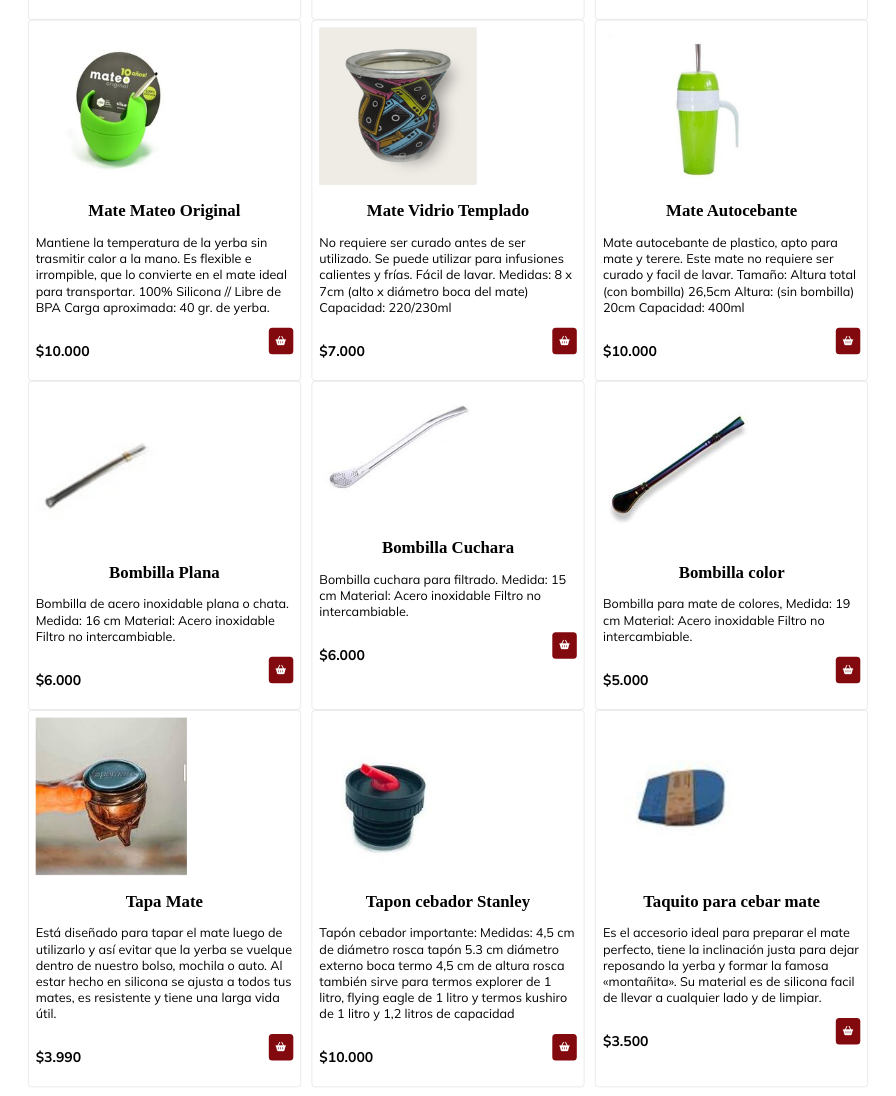
Repository: PiaTrujillo/LICANDEO-main
Page: index.html
An editor plug-in stored every save of this project. The page is shown before and after the next save, followed by the edit.
The browser window is 1280 px wide. The pictures show the part of the page from y = 2153 to 4073 px (the page is 3719 px tall before and 4073 px after), at 70% of full size.
A picture or video elsewhere on the page could not be fetched, so the positions and the page height are approximate. Some web fonts or font styles are not loaded; a fallback is used. Some web libraries are served in a nearby version.

Above is the page before, as saved 2023-05-12 18:56:31.

### index.html
<!DOCTYPE html>
<html lang="es">
  <head>
    <meta charset="utf-8" />
    <meta name="viewport" content="width=device-width, initial-scale=1.0" />
    <meta http-equiv="X-UA-Compatible" content="ie=edge" />
    <title>Tienda Licandeo</title>
    <script
      src="https://kit.fontawesome.com/283335a286.js"
      crossorigin="anonymous"
    ></script>
    <!--esta informacion es para el estilo de las letras estan en google font -->
    <link rel="preconnect" href="https://fonts.googleapis.com" />
    <link rel="preconnect" href="https://fonts.gstatic.com" crossorigin />
    <link
      href="https://fonts.googleapis.com/css2?family=Arima+Madurai:wght@700&family=Mulish:wght@400;700&display=swap"
      rel="stylesheet"
    />
    <link rel="stylesheet" href="css/normalize.css" />
    <link rel="stylesheet" href="css/estilos.css" />
  </head>

  <body>
    <!--Lo siguiente es el menu superior donde se establece el Logo y la navegacion-->
    <header class="encabezado">
      <div class="contenedor-navegacion">
        <!-- El Contenido-Navegacion es el padre de Logo y el menu de navegacion -->
        <div class="contenido-navegacion contenedor">
          <div class="logo">
            <!--colores a Licandeo-->
            <h2>
              Tienda <span class="">Li</span><span>can</span
              ><span class="">deo</span>
            </h2>
          </div>
          <nav class="navegacion ocultar">
            <a href="#">Inicio</a>
            <a href="#">Sobre Nosotros</a>
            <a href="#">Tienda</a>
            <a href="#">Ofertas</a>
            <a href="#">Tips Materos</a>
          </nav>
          <!--Se crea el menu desplegable-->
          <div class="hamburguesa"><span></span><span></span><span></span></div>
        </div>
      </div>
      <div class="contenido-header">
        <div class="contenedor-encabezado">
          <div class="texto-encabezado">
            <h2>Tienda Licandeo</h2>
            <a href="#" class="btn bordes">Un Mate</a>
          </div>
          <video autoplay loop muted>
            <source src="/videos/1portada.mp4" />
          </video>
        </div>
      </div>
    </header>

    <!--Diseño de la seccion web-->
    <div class="contenedor-nosotros contenedor">
      <div class="texto-nosotros">
        <p class="bienvenida">Bienvenidos Cebadores!</p>
        <h1>Quienes Somos</h1>
        <p>
          Bienvenido a Tienda Licandeo, un espacio dedicado a fortalecer la
          cultura matera en nuestro país. Nos apasiona la Yerba Mate y todo lo
          que representa, por lo que nos propusimos investigar sobre esta
          cultura en Chile. <br />
          Nos dimos cuenta de que muchas personas en nuestro país consumen la
          infusión en su día a día, especialmente en la región del sur. Además,
          muchos jóvenes están adoptando esta cultura que se ha transmitido de
          generación en generación. <br />
          Decidimos crear Tienda Licandeo para compartir nuestra experiencia y
          conocimiento sobre la cultura matera a través de las redes sociales.
          <br />
          Queremos difundir la cultura, sus beneficios y valores, y fomentar la
          producción local de Yerba Mate de alta calidad. <br />
          Únete a nosotros en nuestro viaje por la cultura matera y descubre la
          experiencia única y satisfactoria de disfrutar de la Yerba Mate.
          <br />
          ¡Te esperamos en Tienda Licandeo!
        </p>
        <a href="#" class="btn btn-rojo">Contactar</a>
      </div>
      <!-- Imagenes  -->
      <div class="imagenes-nosotros">
        <div class="imagen1">
          <img data-src="/imag/imagen1.JPG" alt="Mate frutillar" />
          <img data-src="/imag/imagen7.JPG" alt="Mate concepcion" />
        </div>
        <div class="imagenes2">
          <img data-src="/imag/imagen2.JPG" alt="Mate salto del petrohue" />
          <img data-src="/imag/imagen3.JPG" alt="Mate concepcion" />
        </div>
      </div>
    </div>

    <!-- Menu para los productos -->
    <section class="menu contenedor">
      <!-- Titulo -->
      <h2 class="texto-productos">Productos</h2>
      <!-- Botones de producto -->
      <div class="botones-productos">
        <button class="todos btn btn-verde">Todos</button>
        <button class="yerbamate btn btn-verde">Yerba Mate</button>
        <button class="mates btn btn-verde">Mates</button>
        <button class="bombilla btn btn-verde">Bombillas</button>
        <button class="accesorios btn btn-verde">Accesorios</button>
        <button class="sale btn btn-verde">Sale</button>
      </div>
      <!-- los productos a publicar -->
      <div class="productos">
        <!-- Yerba Mate  -->
        <div class="producto" data-producto="yerbamate">
          <!-- imagen -->
          <img data-src="/imag/Amanda500gr.jpg" alt="Amanda500gr" />
          <!-- nombre de producto -->
          <h2>Amanda 500gr</h2>
          <!-- reseña de producto -->
          <p>
            Yerba Mate Amanda tradicional de 500 gr. Con palo de estacionamiento
            natural de 12 meses, Provincia Misiones, Argentina.
          </p>
          <!-- precio y carrito -->
          <div class="precio">
            <p>$3.990</p>
            <button><i class="fas fa-shopping-basket"></i></button>
          </div>
        </div>
        <div class="producto" data-producto="yerbamate">
          <!-- imagen -->
          <img data-src="/imag/Playadito500gr.jpg" alt="Playadito500gr" />
          <!-- nombre de producto -->
          <h2>Playadito 500gr</h2>
          <!-- reseña de producto -->
          <p>
            Yerba Mate Playadito de 500 gr Con palo de estacionamiento
            controlado, Colonia Liebig, Provincia de misiones, Argentina.
          </p>
          <!-- precio y carrito -->
          <div class="precio">
            <p>$3.990</p>
            <button><i class="fas fa-shopping-basket"></i></button>
          </div>
        </div>
        <div class="producto" data-producto="yerbamate">
          <!-- imagen -->
          <img data-src="/imag/RosaMonte500gr.jpg" alt="RosaMonte500gr" />
          <!-- nombre de producto -->
          <h2>Rosa Monte 500gr</h2>
          <!-- reseña de producto -->
          <p>
            Yerba Mate RosaMonte suave de 500 gr Con palo de estacionamiento
            natural. Apostoles, Provincia de Misiones, Argentina.
          </p>
          <!-- precio y carrito -->
          <div class="precio">
            <p>$3.990</p>
            <button><i class="fas fa-shopping-basket"></i></button>
          </div>
        </div>
        <!--           Mates                    -->
        <div class="producto" data-producto="mates">
          <!-- imagen -->
          <img data-src="/imag/matemateo.jpg" alt="matemateo" />
          <!-- nombre de producto -->
          <h2>Mate Mateo Original</h2>
          <!-- reseña de producto -->
          <p>
            Mantiene la temperatura de la yerba sin trasmitir calor a la mano.
            Es flexible e irrompible, que lo convierte en el mate ideal para
            transportar. 100% Silicona // Libre de BPA Carga aproximada: 40 gr.
            de yerba.
          </p>
          <!-- precio y carrito -->
          <div class="precio">
            <p>$10.000</p>
            <button><i class="fas fa-shopping-basket"></i></button>
          </div>
        </div>
        <div class="producto" data-producto="mates">
          <!-- imagen -->
          <img
            data-src="/imag/matevidriotemplado.jpg"
            alt="matevidriotemplado"
          />
          <!-- nombre de producto -->
          <h2>Mate Vidrio Templado</h2>
          <!-- reseña de producto -->
          <p>
            No requiere ser curado antes de ser utilizado. Se puede utilizar
            para infusiones calientes y frías. Fácil de lavar. Medidas: 8 x 7cm
            (alto x diámetro boca del mate) Capacidad: 220/230ml
          </p>
          <!-- precio y carrito -->
          <div class="precio">
            <p>$7.000</p>
            <button><i class="fas fa-shopping-basket"></i></button>
          </div>
        </div>
        <div class="producto" data-producto="mates">
          <!-- imagen -->
          <img data-src="/imag/mateautocebante.jpg" alt="mateautocebante" />
          <!-- nombre de producto -->
          <h2>Mate Autocebante</h2>
          <!-- reseña de producto -->
          <p>
            Mate autocebante de plastico, apto para mate y terere. Este mate no
            requiere ser curado y facil de lavar. Tamaño: Altura total (con
            bombilla) 26,5cm Altura: (sin bombilla) 20cm Capacidad: 400ml
          </p>
          <!-- precio y carrito -->
          <div class="precio">
            <p>$10.000</p>
            <button><i class="fas fa-shopping-basket"></i></button>
          </div>
        </div>
        <!--             Bombillas              -->
        <div class="producto" data-producto="bombilla">
          <!-- imagen -->
          <img data-src="/imag/bombillaplana.jpg" alt="bombillaplana" />
          <!-- nombre de producto -->
          <h2>Bombilla Plana</h2>
          <!-- reseña de producto -->
          <p>
            Bombilla de acero inoxidable plana o chata. Medida: 16 cm Material:
            Acero inoxidable Filtro no intercambiable.
          </p>
          <!-- precio y carrito -->
          <div class="precio">
            <p>$6.000</p>
            <button><i class="fas fa-shopping-basket"></i></button>
          </div>
        </div>
        <div class="producto" data-producto="bombilla">
          <!-- imagen -->
          <img data-src="/imag/bombillacuchara.jpg" alt="bombillacuchara" />
          <!-- nombre de producto -->
          <h2>Bombilla Cuchara</h2>
          <!-- reseña de producto -->
          <p>
            Bombilla cuchara para filtrado. Medida: 15 cm Material: Acero
            inoxidable Filtro no intercambiable.
          </p>
          <!-- precio y carrito -->
          <div class="precio">
            <p>$6.000</p>
            <button><i class="fas fa-shopping-basket"></i></button>
          </div>
        </div>
        <div class="producto" data-producto="bombilla">
          <img data-src="/imag/bombillacolor.jpg" alt="bombillacolor" />
          <h2>Bombilla color</h2>
          <p>
            Bombilla para mate de colores, Medida: 19 cm Material: Acero
            inoxidable Filtro no intercambiable.
          </p>
          <div class="precio">
            <p>$5.000</p>
            <button><i class="fas fa-shopping-basket"></i></button>
          </div>
        </div>
        <div class="producto" data-producto="accesorios">
          <img data-src="/imag/tapamate.jpg" alt="tapamate" />
          <h2>Tapa Mate</h2>
          <p>
            Está diseñado para tapar el mate luego de utilizarlo y así evitar
            que la yerba se vuelque dentro de nuestro bolso, mochila o auto. Al
            estar hecho en silicona se ajusta a todos tus mates, es resistente y
            tiene una larga vida útil.
          </p>
          <div class="precio">
            <p>$3.990</p>
            <button><i class="fas fa-shopping-basket"></i></button>
          </div>
        </div>
        <div class="producto" data-producto="accesorios">
          <img data-src="/imag/taponcebador.jpg" alt="taponcebador" />
          <h2>Tapon cebador Stanley</h2>
          <p>
            Tapón cebador importante: Medidas: 4,5 cm de diámetro rosca tapón
            5.3 cm diámetro externo boca termo 4,5 cm de altura rosca también
            sirve para termos explorer de 1 litro, flying eagle de 1 litro y
            termos kushiro de 1 litro y 1,2 litros de capacidad
          </p>
          <div class="precio">
            <p>$10.000</p>
            <button><i class="fas fa-shopping-basket"></i></button>
          </div>
        </div>
        <div class="producto" data-producto="accesorios">
          <img data-src="/imag/taquito.jpg" alt="taquito" />
          <h2>Taquito para cebar mate</h2>
          <p>
            Es el accesorio ideal para preparar el mate perfecto, tiene la
            inclinación justa para dejar reposando la yerba y formar la famosa
            «montañita». Su material es de silicona facil de llevar a cualquier
            lado y de limpiar.
          </p>
          <div class="precio">
            <p>$3.500</p>
            <button><i class="fas fa-shopping-basket"></i></button>
          </div>
        </div>
      </div>
    </section>
    <!-- Separador -->
    <!--Se enlaza Js con Css-->
    <script src="js/app.js"></script>
  </body>
</html>

### css/estilos.css
:root{
    --azul: #0021f5;
    --verde:#00A149;
    --blanco:#fff;
    --rojo:#820a0e;
    --oscuro:#000;
    --titulos:'Arima Madurai',cursive;
    --parrafos:'Mulish', sans-serif;
}
/* Valor calculado de un contenedro padre  */
html{
    box-sizing: border-box;
    /*1rem = 10px*/
    font-size: 62.5%;
}
body{
    font-size: 1.6rem;
    overflow-x: hidden;
}

*,*::after, *::before{
    box-sizing: inherit;
}
/*        Globales              */
.contenedor{
    max-width: 120rem;
    margin: 0 auto;
    width: 95%;
}
/* fuentes para los titulo y parrafos*/
h1,h2{
    font-family: var(--titulos);
}
h3, p, a{
    font-family: var(--parrafos);
}
/* ubicacion de las imegenes */
img{
    max-width: 100%;
}
/*Estos colores se agregan al titulo con span */
.azul{
    color: var(--azul);
}
.rojo{
    color: var(--rojo);
}
.verde{
    color: var(--verde);
}
/*Que se oculte el menu*/
.ocultar{
    display: none;
    color: var(--blanco);
}
/* Color y estilos de la X */
.btn-cerrar{
    font-size: 3rem;
    font-weight: bold;
    color: var(--blanco);
    position: absolute;
    top: 0;
    right: 50px;
    user-select: none;
}
/*Al posicionar el puntero en la X aparece la mano */
.btn-cerrar:hover{
    cursor: pointer;
}
/* Para el texto Un mate que se encuentra sobre del video */
.btn{
    text-decoration: none;
    color: var(--blanco);
    font-size: 2rem;
    text-transform: capitalize;
    padding: 1rem 5rem;
    border-radius: 5px;
    transition: all .3s ease-in-out;
}
/* para moviles el texto */
@media(min-width:768px){
    .btn{
        font-size: 2.2rem;
    }
}
/* Se agrega el borde a el texto Un Mate */
.bordes{
    border: 3px solid var(--blanco);
}
@media(min-width: 768px) {
    .bordes{
        border: 4px solid var(--blanco);
    }
}
.bordes:hover{
    color: var(--verde);
    background-color: var(--blanco);
}
/* Boton abajo del texto */
.btn-rojo{
    background-color: var(--rojo);
    font-weight: bold;
    display: inline-block;
    margin-top: 2rem;
    margin-bottom: 2rem;
}
.btn-verde{
    background-color: var(--verde);
    border: none;
    display: inline-block;
    margin-bottom: 2rem;
    font-family: var(--parrafos);
}
.btn-verde:hover{
    background-color: var(--rojo);
}

/* como se sopreponer los elementos */
.pantalla-completa{
    position: absolute;
    top: 0;
    left: 0;
    bottom: 0;
    right: 0;
    background-color: rgba(0,0,0,.5);
    z-index: 4;
}
@keyframes desplazamiento {
    0%{
        transform: translateX(100%);
    }

    100%{
        transform:translateX(0);
    }
}

/*Encabezado*/
/*color de contenedor de logo y menu*/
.contenedor-navegacion{
    background-color: var(--oscuro);
    position: relative;
    z-index: 5;
}
.contenido-navegacion{
    display: flex;
    align-items: center;
    justify-content: space-between;
}
/*color para el logo y el menu*/
.logo h2, .navegacion a {
    color: var(--blanco);
}
.logo h2{
    font-size: 3rem;
}
/* quitar las lineas ubicadas abajo del menu de navegacion*/
/* Estilos de movil*/
.navegacion a{
    text-decoration: none;
    font-size: 2.2rem;
    padding: 1.5rem;
    padding-left: 4rem;
    /* para el menu de navegacion se vea de modo vertical*/
    display: block;
    /* transicion del menu de naveghacion */
    transition: color .3s ease-in-out;
    text-align: center;
}
@media(min-width: 768px) {
    .navegacion a{
        text-align: left;
    }
}
/* colores de las letras pares e impares del menu de navegacion */
.navegacion a:nth-child(even):hover{
    color: var(--verde);
}
.navegacion a:nth-child(odd):hover{
    color: var(--verde);
}
.navegacion a:first-of-type{
    margin-top: 5rem;
}
/* para que el menu de navegacion se posicione al costado derecho*/
.navegacion{
    position: absolute;
    top: 0;
    right: 0;
    bottom: 0;
    height: 100vh;
    width: 40rem;
    padding: 3rem 4rem;
    background-color: var(--oscuro);
    animation: desplazamiento .5s ease-in-out;
}
/*Al posicionarse en el menu hamburguesa aparezca la mano */
.hamburguesa:hover{
    cursor: pointer;
}
/*Menu desplegable ubicado en index*/
.hamburguesa span{
    background-color: var(--blanco);
    display: block;
    width: 5rem;
    height: .5rem;
    margin-bottom: .5rem;
    animation: desplazamiento .5s ease-in-out;
}
/* Video */
.contenido-header{
    position: relative;
}
.contenido-header::before{
    content: '';
    position: absolute;
    top:0;
    left: 0;
    right: 0;
    bottom: 0;
    background-color: rgba(0,0,0,.5);
}
/* posicionar texto al medio del video */
.texto-encabezado{
    position: absolute;
    z-index: 2;
    width: 100%;
    height: 80%;
    display: flex;
    flex-direction: column;
    /* se alinea al centro del video el texto */
    align-items: center;
    justify-content: center;
}
.texto-encabezado h2{
    color: var(--blanco);
    font-size: 4rem;
}
/* respons para movil */
@media(min-width: 768px) {
    .texto-encabezado h2{
        font-size: 8rem;
    }
}
video{
    width: 100%;
    height: 100%;
}
/* Imagenes */
.contenedor-nosotros{
    padding-top: 5rem;
}
@media(min-width: 768px) {
    .contenedor-nosotros{
        display: flex;
        justify-content: space-between;
    }
}
.texto-nosotros, .imagenes-nosotros{
    flex: 0 0 calc(50% - 1rem) ;
}
/* Texto de las imagenes */
.texto-nosotros .bienvenida{
    font-size: 2rem;
    color: var(--verde);
    text-align: center;
}
@media(min-width: 768px) {
    .texto-nosotros .bienvenida{
        text-align: left;
    }
}
.texto-nosotros h1{
    font-size: 3rem;
    text-align: center;
}
@media(min-width: 768px) {
    .texto-nosotros h1{
        text-align: left;
    }
}
.texto-nosotros p{
    font-size: 2rem;
    text-align: center;
}
@media(min-width: 768px) {
    .texto-nosotros p{
        text-align: left;
    }
}
.imagenes-nosotros{
    display: flex;
    justify-content: space-between;
}
.imagen1, .imagenes2{
    flex: 0 0 calc(50% - 1rem);
    margin-top: 140px;
}
.imagenes-nosotros img{
    border-radius: 5px;
}

.imagenes2 img{
    margin-bottom: 1rem;
}
.menu{
    padding-top: 4rem;
}
/*     productos     */
.texto-productos{
    text-align: center;
    font-size: 5rem;
}
.botones-productos{
    display: flex;
    flex-wrap: wrap;
    justify-content: space-between;
}
.botones-productos button{
    flex: 0 0 calc(50% - 1rem);
    padding: 1rem 3rem;
}
@media(min-width: 768px) {
    .botones-productos{
        display: inline-block;
    }
    .botones-productos button{
        flex: unset;
    }
}
/* Productos para cada caso */
@media(min-width: 768px){
    .productos{
    display: flex;
    justify-content: space-between;
    flex-wrap: wrap;
    margin-top: auto;
}
}

.producto{
    flex: 0 0 calc(33.3% - 1rem);
    border: 1px solid #e1e1e1;
    padding: 1rem;
    border-radius: 5px;
}
.producto h2{
    text-align: center;
}
.producto p{
    font-size: 1.8rem;
}
.precio{
    display: flex;
    justify-content: space-between;
}
.precio p{
    font-weight: bold;
    font-size: 2rem;
}
.precio button{
    padding:1rem;
    border-radius: 5px;
    border: none;
    background-color: var(--rojo);
    color: var(--blanco);
    height: 3.8rem;
}

Loaded but not shown: TestDjango/core/templates/core/css/normalize.css (library); js/app.js (122 lines, source omitted)

After the next save:
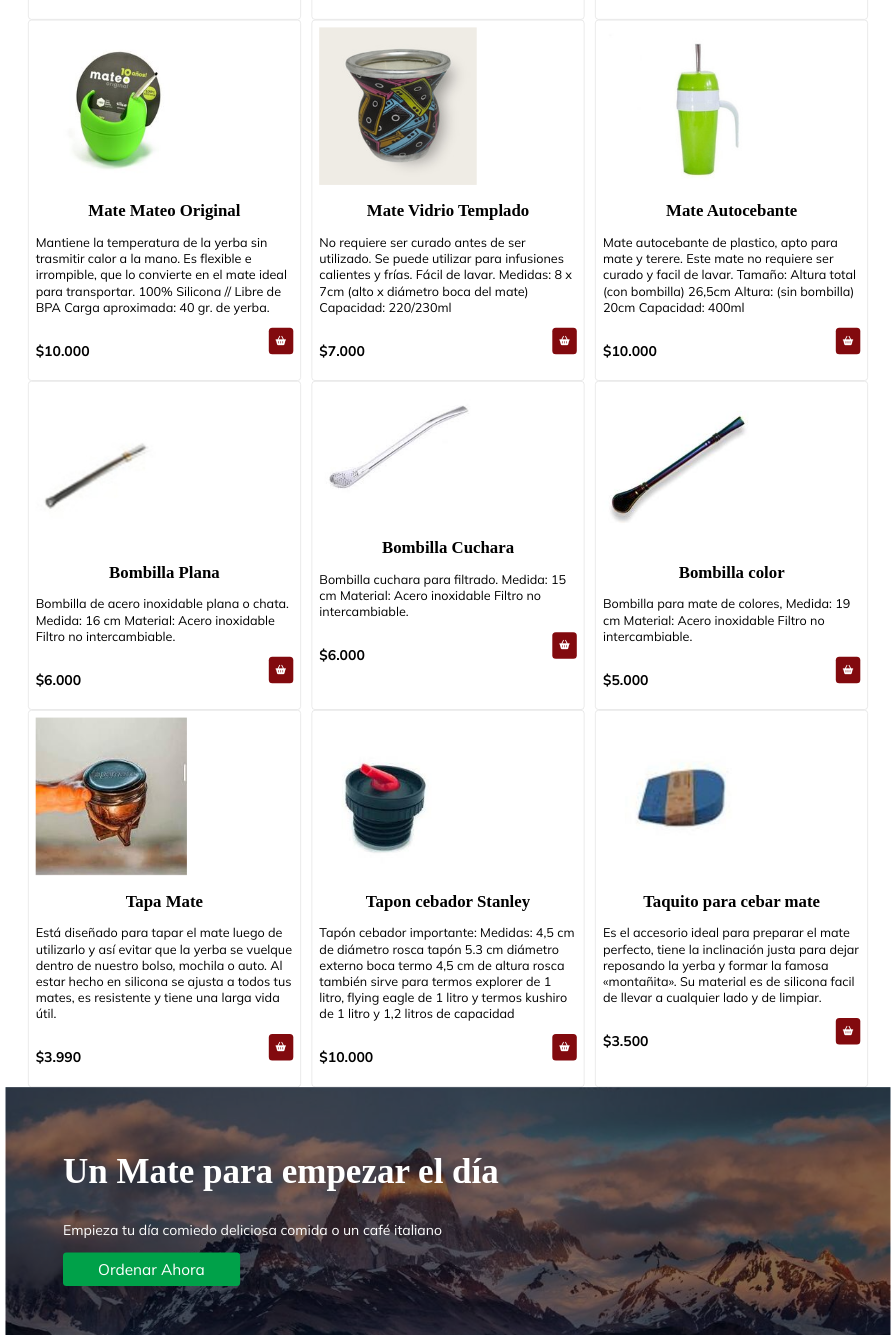
Saved 63 s later.
--- a/index.html
+++ b/index.html
@@ -306,6 +306,13 @@
       </div>
     </section>
     <!-- Separador -->
+    <div class="separador">
+      <div class="contenido-separador contenedor">
+        <h2>Un Mate para empezar el día</h2>
+        <p>Empieza tu día comiedo deliciosa comida o un café italiano</p>
+        <a href="#" class="btn btn-verde">Ordenar ahora</a>
+      </div>
+    </div>
     <!--Se enlaza Js con Css-->
     <script src="js/app.js"></script>
   </body>
